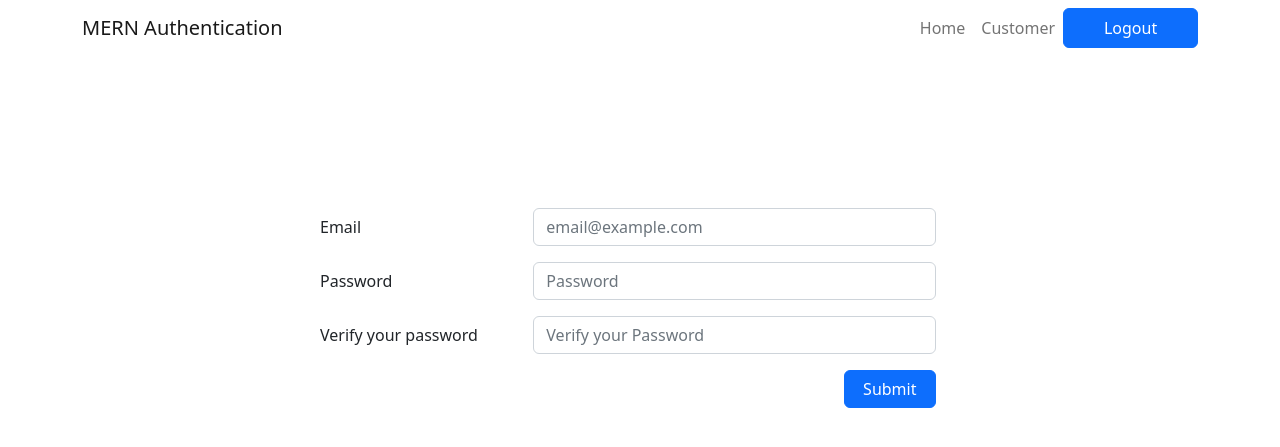
Repository: RubaHusam/MERN-Auth
Page: /register (app in frontend/)
These files come from the project's save history. The page is drawn as it stood at one moment and after the next save; the edit follows.
The browser window is 1280 px wide. The pictures show the whole page.
The page's requests for data from a server got no answer. The project was rebuilt for these pictures with package versions that can differ from the ones it lists, and the page was loaded fresh each time. No one was signed in, and anything a server would have sent is missing. Also part of the build but not shown: frontend/src/components/Auth/Login.js.

Above is the page before, as saved 2023-01-29 21:28:56.

After the next save:
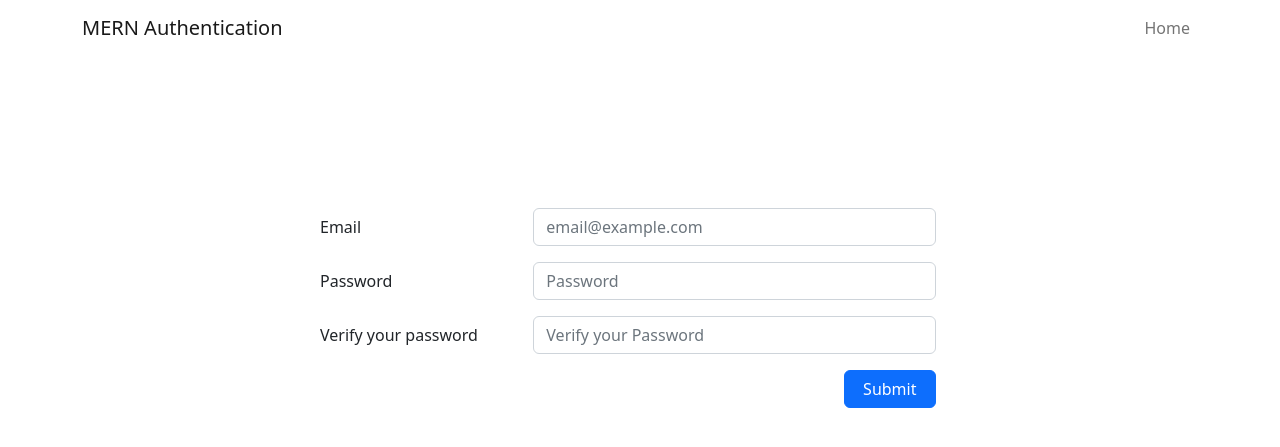
Saved 35 s later.
--- a/frontend/src/components/Layout/Header.js
+++ b/frontend/src/components/Layout/Header.js
@@ -27,7 +27,7 @@ export default function Header() {
               <Nav.Link as={Link} to='/' style={{ textDecoration: 'none' }}>
                 Home
               </Nav.Link>
-              {loggedIn === false ? (
+              {loggedIn === false && (
                 <>
                   <Nav.Link
                     as={Link}
@@ -42,7 +42,8 @@ export default function Header() {
                     Login
                   </Nav.Link>
                 </>
-              ) : (
+              )}
+              {loggedIn === true && (
                 <>
                   <Nav.Link
                     as={Link}
